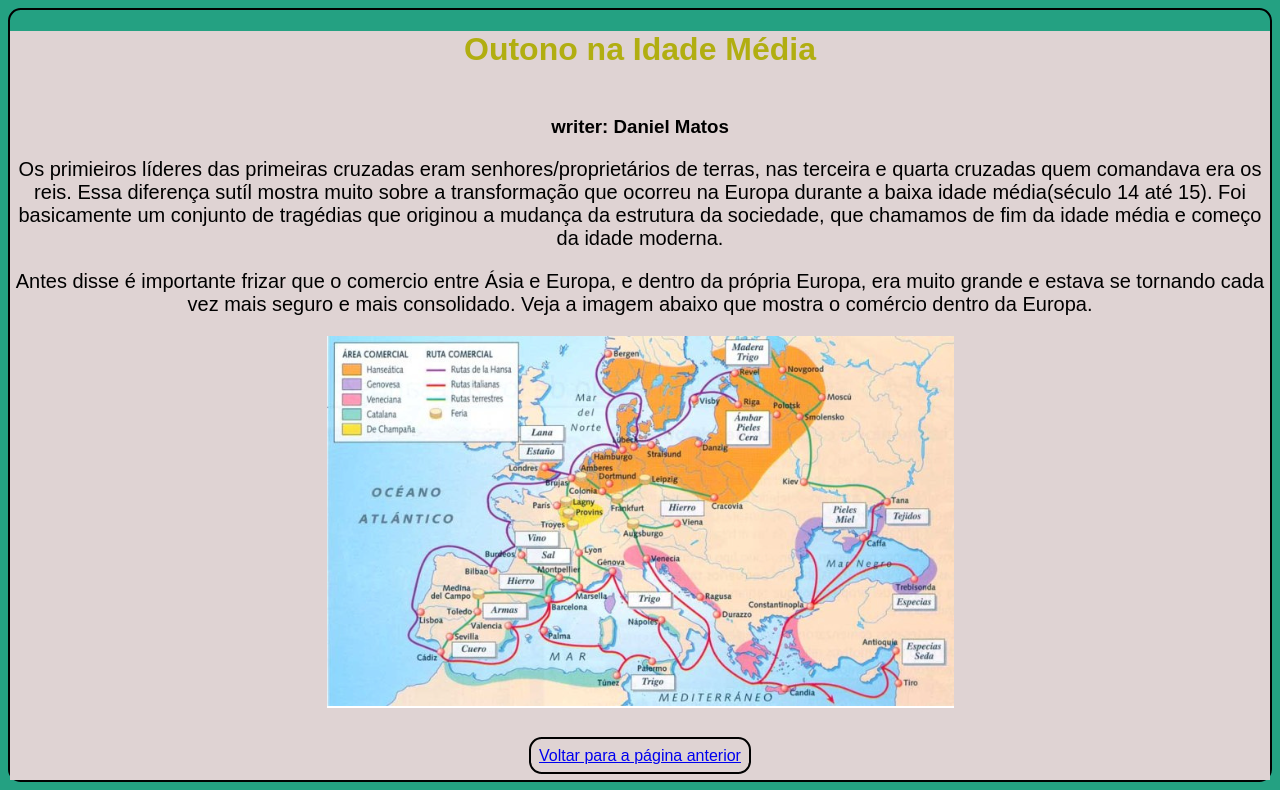
Repository: batmit/FutureFundation.github.io-1
Page: menu/articles/history/ancient/idade_media/outono.html
An editor plug-in stored every save of this project. The page is shown before and after the next save, followed by the edit.
The browser window is 1280 px wide. The pictures show the whole page.

Above is the page before, as saved 2021-11-11 13:12:21.

### menu/articles/history/ancient/idade_media/outono.html

<!DOCTYPE html>
<html lang="pt-BR">
<head>
    <meta charset="UTF-8">
    <meta http-equiv="X-UA-Compatible" content="IE=edge">
    <meta name="viewport" content="width=device-width, initial-scale=1.0">
    <title>Outono na Idade Média</title>
    <link rel="stylesheet" href="/menu/main.css">
</head>
<body>
    <div id="all">
        <header>
            <h1>Outono na Idade Média</h1>
            <h3>writer: Daniel Matos</h3>
        </header>
        <p>Os primieiros líderes das primeiras cruzadas eram senhores/proprietários de terras, nas terceira e quarta cruzadas quem comandava era os reis. Essa diferença sutíl mostra muito sobre a transformação que ocorreu na Europa durante a baixa idade média(século 14 até 15). Foi basicamente um conjunto de tragédias que originou a mudança da estrutura da sociedade, que chamamos de fim da idade média e começo da idade moderna. </p>

        <p>Antes disse é importante frizar que o comercio entre Ásia e Europa, e dentro da própria Europa, era muito grande e estava se tornando cada vez mais seguro e mais consolidado. Veja a imagem abaixo que mostra o comércio dentro da Europa.</p>

        <img src="./comercio.PNG" alt="comercio entre países europeus">

        <p></p>

        <a href="./main.html">Voltar para a página anterior</a>
    </div>
</body>
</html>

### menu/main.css
body{

    text-align: center;

    border: black 2px solid;

    border-radius: 0.8rem;

    font-family: 'Ubuntu', arial;

    background-color: rgb(36, 161, 130);


}

#articles {
    gap: 3px;
}

#all{

    background-color: rgb(223, 211, 211);

}


#codigo{
    text-align:left;

}


img{
    text-align: center;
    justify-content: center;

}

p{
    font-size: 20px;
    font-family: 'Ubuntu', arial;
}

a{
    border: 2px solid black;

    border-radius: 0.8rem;

    box-sizing: border-box;

    padding: 0.5rem;

    line-height:3rem;

    margin: 2px;


}

a:hover{

    background-color:#F0FFFF;

}

h1{

    margin-bottom: 3rem;

    color: rgb(177, 174, 17);

}

audio {
    -webkit-transition:all 0.5s linear;
    -moz-transition:all 0.5s linear;
    -o-transition:all 0.5s linear;
    transition:all 0.5s linear;
    -moz-box-shadow: 2px 2px 4px 0px #006773;
    -webkit-box-shadow:  2px 2px 4px 0px #006773;
    box-shadow: 2px 2px 4px 0px #006773;
    -moz-border-radius:7px 7px 7px 7px ;
    -webkit-border-radius:7px 7px 7px 7px ;
    border-radius:7px 7px 7px 7px ;
}

audio:hover, audio:focus, audio:active {

-webkit-box-shadow: 15px 15px 20px rgba(0,0, 0, 0.4);
-moz-box-shadow: 15px 15px 20px rgba(0,0, 0, 0.4);
box-shadow: 15px 15px 20px rgba(0,0, 0, 0.4);
-webkit-transform: scale(1.05);
-moz-transform: scale(1.05);
transform: scale(1.05);

}



@media (max-width: 900px) {


    a{

        display: block;
        line-height: 0.5rem;
        padding: 1rem;

    }

    #img{
        text-align: right;
    }

}

@media (prefers-color-scheme: dark) {
    #all{

        background-color: rgb(90, 73, 73);

    }

    h1{
        color: white
    }

    p{
        color: white;
    }

    a{
        background-color: aqua;
    }

    h3{
        color: white;
    }

    strong {
        color: white;
    }


}

After the next save:
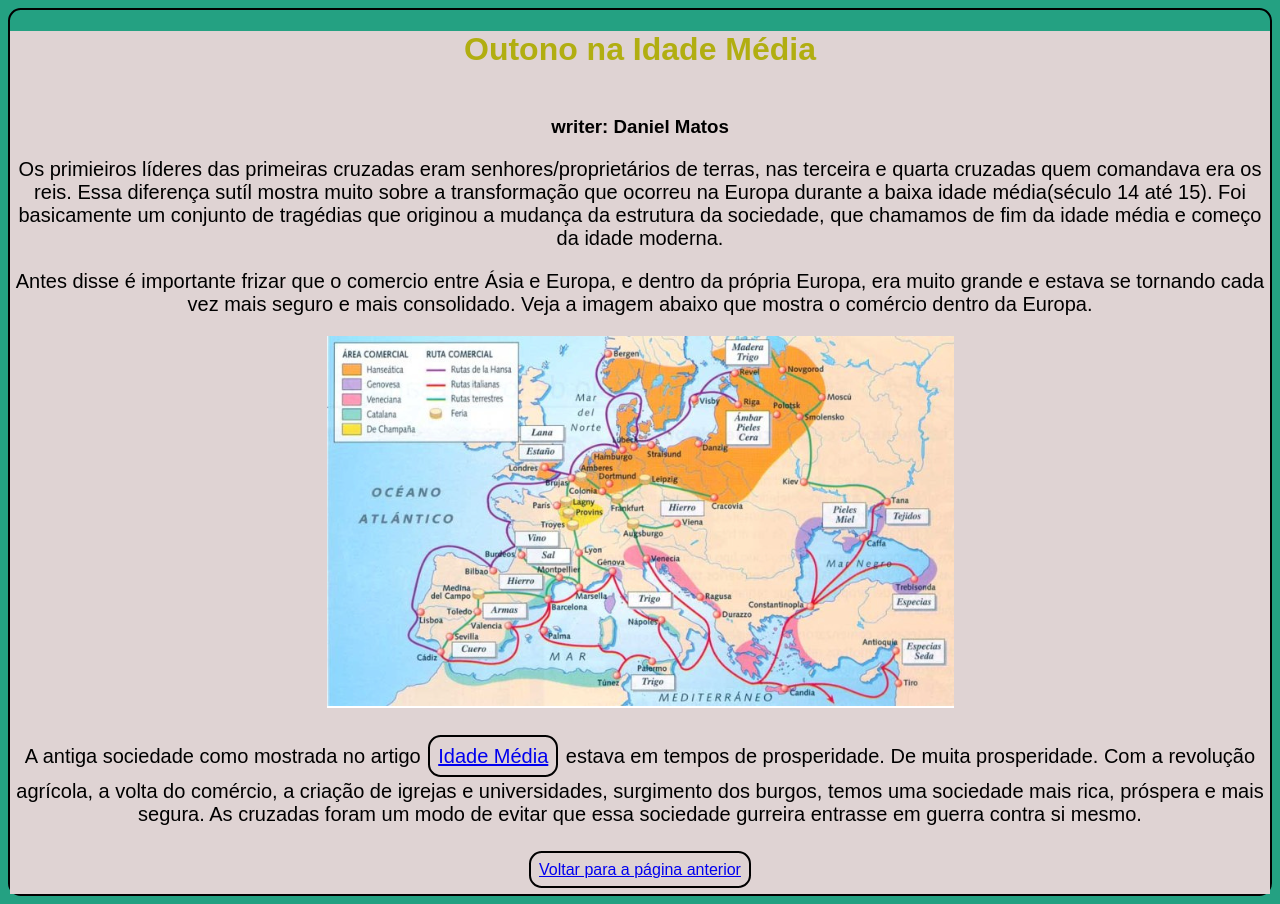
Saved 7 min 24 s later.
--- a/menu/articles/history/ancient/idade_media/outono.html
+++ b/menu/articles/history/ancient/idade_media/outono.html
@@ -20,7 +20,7 @@
 
         <img src="./comercio.PNG" alt="comercio entre países europeus">
 
-        <p></p>
+        <p>A antiga sociedade como mostrada no artigo <a href="./idade_media.html">Idade Média</a> estava em tempos de prosperidade. De muita prosperidade. Com a revolução agrícola, a volta do comércio, a criação de igrejas e universidades, surgimento dos burgos, temos uma sociedade mais rica, próspera e mais segura. As cruzadas foram um modo de evitar que essa sociedade gurreira entrasse em guerra contra si mesmo. </p>
 
         <a href="./main.html">Voltar para a página anterior</a>
     </div>
